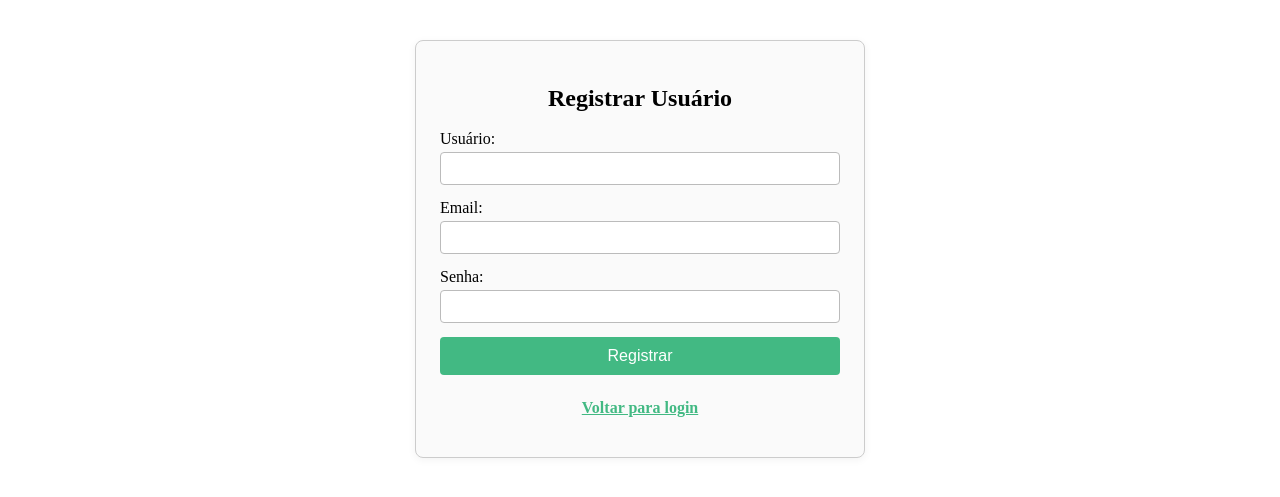
Repository: MuriloColleti/Project-vue
Page: /register
The author's editor kept a copy of each file at every save. The page is drawn from the files as they stood at one save, then again after a run of saves.
The browser window is 1280 px wide. The pictures show the whole page.
The project was rebuilt for these pictures with package versions that can differ from the ones it lists, and the page was loaded fresh each time. Also part of the build but not shown: vite.config.js.

Above is the page before, as saved 2025-09-20 17:11:04.

### index.html
<!DOCTYPE html>
<html lang="">
  <head>
    <meta charset="UTF-8">
    <link rel="icon" href="/favicon.ico">
    <meta name="viewport" content="width=device-width, initial-scale=1.0">
    <title>Vite App</title>
  </head>
  <body>
    <div id="app">z</div>
    <script type="module" src="/src/main.js"></script>
  </body>
</html>

### src/App.vue
<template>
  <router-view />
</template>

<script setup>
// Layout principal apenas exibe o conteúdo das rotas
</script>

<style scoped>
body {
  background: #f5f5f5;
}
</style>

### src/router/index.js
import { createRouter, createWebHistory } from 'vue-router'

import Login from '../pages/Login.vue'
import Register from '../pages/Register.vue'
import Home from '@/pages/Home.vue'

const router = createRouter({
  history: createWebHistory(import.meta.env.BASE_URL),
  routes: [
    {
      path: '/login',
      name: 'LoginPage',
      component: Login,
    },
    {
      path: '/register',
      name: 'RegisterPage',
      component: Register,
    },
    {
      path: '/home',
      name: 'HomePage',
      component: Home,
    },
  ],
})

export default router

### src/pages/Register.vue
<template>
  <div class="register-container">
    <h2>Registrar Usuário</h2>
    <form @submit.prevent="handleRegister">
      <div>
        <label for="newUsername">Usuário:</label>
        <input type="text" id="newUsername" v-model="newUsername" required />
      </div>
      <div>
        <label for="newEmail">Email:</label>
        <input type="email" id="newEmail" v-model="newEmail" required />
      </div>
      <div>
        <label for="newPassword">Senha:</label>
        <input type="password" id="newPassword" v-model="newPassword" required />
      </div>
      <button type="submit">Registrar</button>
    </form>
    <p v-if="registerError" class="error">{{ registerError }}</p>
    <p v-if="registerSuccess" class="success">{{ registerSuccess }}</p>
    <router-link to="/login" class="login-link">Voltar para login</router-link>
    <ul></ul>
  </div>
</template>

<script setup>
import { ref, onMounted } from 'vue'
import { useRouter } from 'vue-router'

const users = ref([])
let nextId = ref(1)

const newUsername = ref('')
const newEmail = ref('')
const newPassword = ref('')
const registerError = ref('')
const registerSuccess = ref('')
const router = useRouter()

function loadUsers() {
  const saved = localStorage.getItem('users')
  if (saved) {
    users.value = JSON.parse(saved)
    nextId.value = users.value.length > 0 ? Math.max(...users.value.map((u) => u.id)) + 1 : 1
  } else {
    users.value = [{ id: 1, username: 'admin', email: 'admin@email.com', password: '1234' }]
    nextId.value = 2
    localStorage.setItem('users', JSON.stringify(users.value))
  }
}

onMounted(loadUsers)

function handleRegister() {
  if (!newUsername.value || !newEmail.value || !newPassword.value) {
    registerError.value = 'Preencha todos os campos.'
    registerSuccess.value = ''
    return
  }
  if (users.value.some((u) => u.username === newUsername.value)) {
    registerError.value = 'Usuário já existe.'
    registerSuccess.value = ''
    return
  }
  users.value.push({
    id: nextId.value++,
    username: newUsername.value,
    email: newEmail.value,
    password: newPassword.value,
  })
  localStorage.setItem('users', JSON.stringify(users.value))
  registerSuccess.value = `Bem-vindo, ${newUsername.value}! Usuário registrado com sucesso.`
  registerError.value = ''
  setTimeout(() => {
    router.push('/login')
  }, 1500)
  newUsername.value = ''
  newEmail.value = ''
  newPassword.value = ''
}
</script>

<style scoped>
.register-container {
  max-width: 400px;
  margin: 40px auto;
  padding: 24px;
  border: 1px solid #ccc;
  border-radius: 8px;
  background: #fafafa;
  box-shadow: 0 2px 8px rgba(0, 0, 0, 0.05);
}
.register-container h2 {
  text-align: center;
  margin-bottom: 18px;
}
.register-container form > div {
  margin-bottom: 14px;
}
.register-container label {
  display: block;
  margin-bottom: 4px;
  font-weight: 500;
}
.register-container input {
  width: 100%;
  padding: 8px;
  border: 1px solid #bbb;
  border-radius: 4px;
  box-sizing: border-box;
}
.register-container button {
  width: 100%;
  padding: 10px;
  background: #42b983;
  color: #fff;
  border: none;
  border-radius: 4px;
  font-size: 16px;
  cursor: pointer;
  transition: background 0.2s;
}
.register-container button:hover {
  background: #369870;
}
.error {
  color: red;
  margin-top: 10px;
  text-align: center;
}
.success {
  color: green;
  margin-top: 10px;
  text-align: center;
}
.login-link {
  display: block;
  margin: 24px auto 0 auto;
  text-align: center;
  color: #42b983;
  font-weight: bold;
  text-decoration: underline;
  cursor: pointer;
}
</style>

### src/pages/Login.vue
<template>
  <div class="login-container">
    <h2>Login</h2>
    <form @submit.prevent="handleLogin">
      <div>
        <label for="username">Usuário:</label>
        <input type="text" id="username" v-model="username" required />
      </div>
      <div>
        <label for="password">Senha:</label>
        <input type="password" id="password" v-model="password" required />
      </div>
      <button type="submit">Entrar</button>
    </form>
    <p v-if="error" class="error">{{ error }}</p>
    <router-link to="/register" class="register-link">Registrar novo usuário</router-link>
  </div>
</template>

<script setup>
import { ref } from 'vue'

const username = ref('')
const password = ref('')
const error = ref('')

function getUsers() {
  const users = localStorage.getItem('users')
  if (users) {
    return JSON.parse(users)
  }
  // Usuário padrão caso não exista nada salvo
  return [{ id: 1, username: 'admin', email: 'admin@email.com', password: '1234' }]
}

function handleLogin() {
  const users = getUsers()
  const found = users.find((u) => u.username === username.value && u.password === password.value)
  if (found) {
    error.value = ''
    alert('Login realizado com sucesso!')
  } else {
    error.value = 'Usuário ou senha inválidos.'
  }
}
</script>

<style scoped>
.login-container {
  max-width: 350px;
  margin: 40px auto;
  padding: 24px;
  border: 1px solid #ccc;
  border-radius: 8px;
  background: #fafafa;
  box-shadow: 0 2px 8px rgba(0, 0, 0, 0.05);
}
.login-container h2 {
  text-align: center;
  margin-bottom: 18px;
}
.login-container form > div {
  margin-bottom: 14px;
}
.login-container label {
  display: block;
  margin-bottom: 4px;
  font-weight: 500;
}
.login-container input {
  width: 100%;
  padding: 8px;
  border: 1px solid #bbb;
  border-radius: 4px;
  box-sizing: border-box;
}
.login-container button {
  width: 100%;
  padding: 10px;
  background: #42b983;
  color: #fff;
  border: none;
  border-radius: 4px;
  font-size: 16px;
  cursor: pointer;
  transition: background 0.2s;
}
.login-container button:hover {
  background: #369870;
}
.error {
  color: red;
  margin-top: 10px;
  text-align: center;
}
.register-link {
  display: block;
  margin: 24px auto 0 auto;
  text-align: center;
  color: #42b983;
  font-weight: bold;
  text-decoration: underline;
  cursor: pointer;
}
</style>

### src/pages/Home.vue
<template>
  <div class="home-container">
    <h1>Bem-vindo à Página Inicial</h1>
    <p>Esta é a página inicial do aplicativo.</p>
    <router-link to="/login" class="nav-link">Ir para Login</router-link>
    <router-link to="/register" class="nav-link">Registrar Novo Usuário</router-link>
  </div>
</template>

Loaded but not shown: src/main.js (common file)

After the next 2 saves:
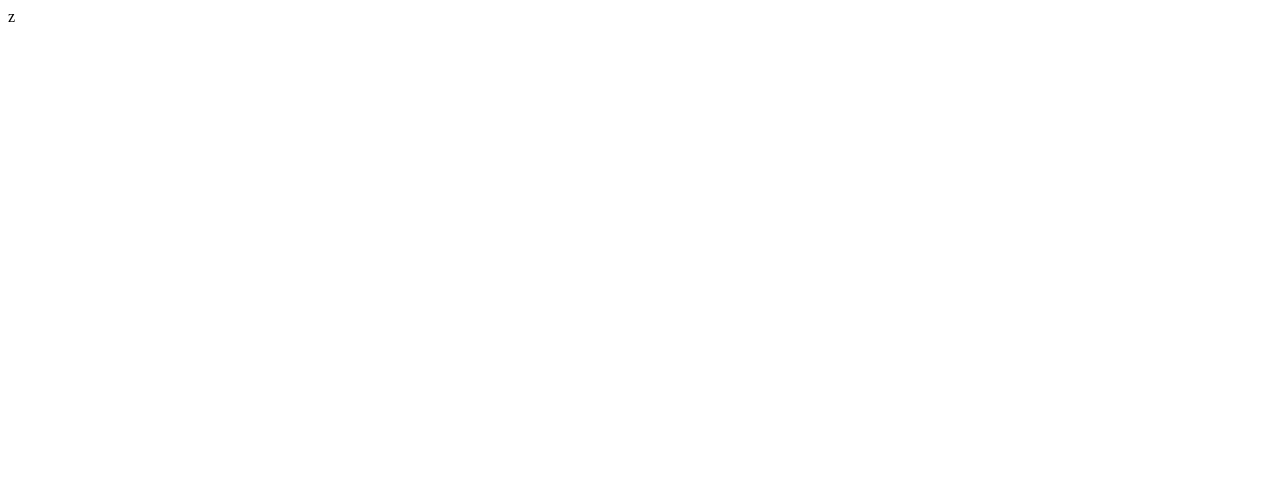
Console error: ReferenceError: pre is not defined
The 2 saves are shown as one change because they came seconds apart.
The last was saved 34 s later.
--- a/src/router/index.js
+++ b/src/router/index.js
@@ -21,6 +21,7 @@
       path: '/home',
       name: 'HomePage',
       component: Home,
+      pre
     },
   ],
 })

After the save that followed:
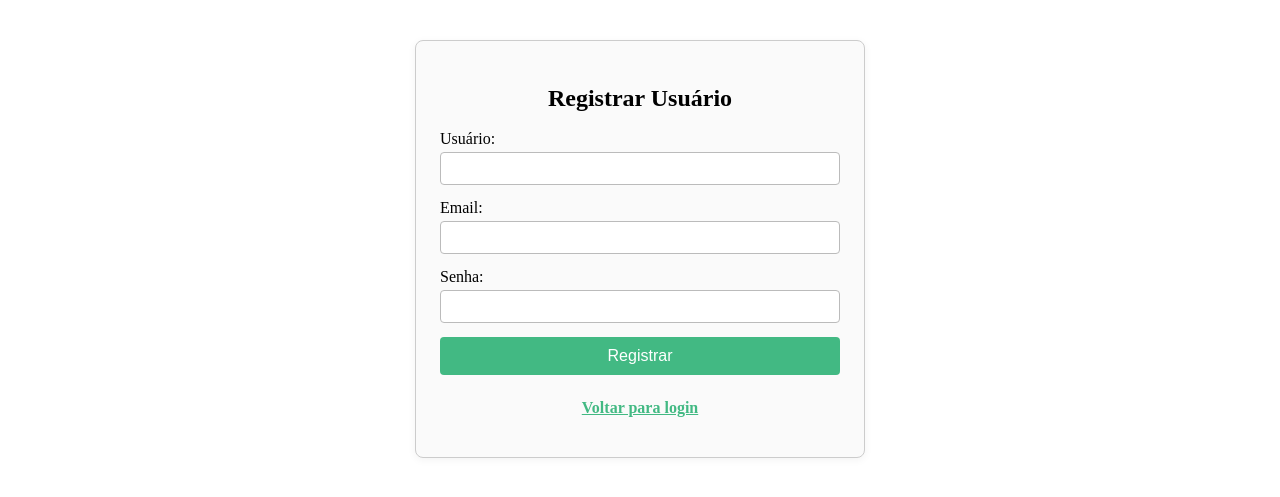
The error is gone.
Saved 10 s later.
--- a/src/router/index.js
+++ b/src/router/index.js
@@ -21,7 +21,7 @@
       path: '/home',
       name: 'HomePage',
       component: Home,
-      pre
+
     },
   ],
 })
